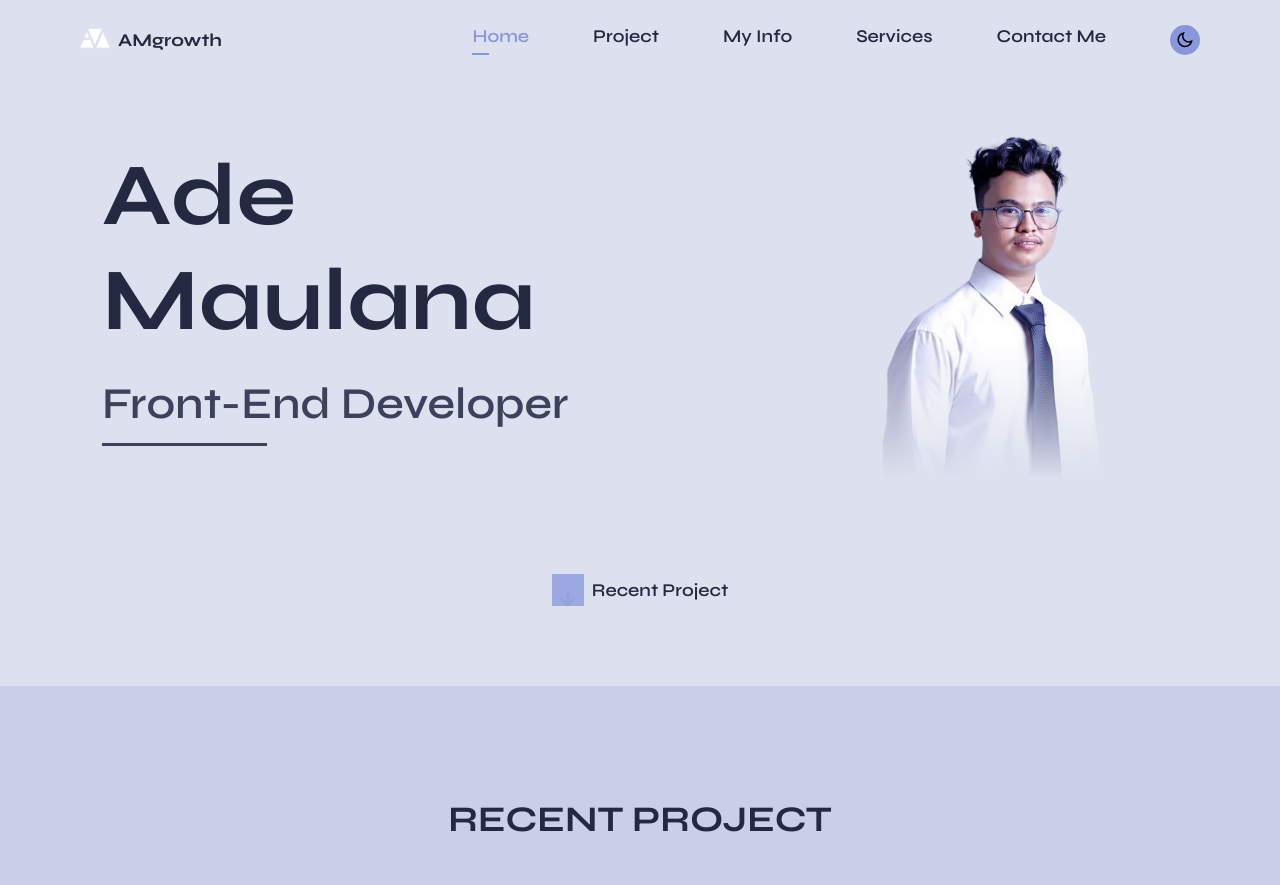
Repository: Ademaulana100499/portofolio
Page: index.html
These files come from the project's save history. The page is drawn as it stood at one moment and after the next save; the edit follows.
The browser window is 1280 px wide. The pictures show the part of the page from y = 0 to 885 px (the page is 6336 px tall).
Empty fields were first filled with sample values (such as "Sample", 5 or name@example.com).
After loading, the first visible `#theme-switch` was clicked once.
A picture or video elsewhere on the page could not be fetched, so the positions and the page height are approximate. Some web fonts or font styles are not loaded; a fallback is used.

Above is the page before, as saved 2024-12-02 14:53:06.

### index.html
<!DOCTYPE html>
<html lang="en">
  <head>
    <meta charset="UTF-8" />
    <meta name="viewport" content="width=device-width, initial-scale=1.0" />
    <title>AMgrowth</title>
    <link rel="shortcut icon" href="assets/img/Favicon.png" />
    <link
      href="https://cdn.jsdelivr.net/npm/remixicon/fonts/remixicon.css"
      rel="stylesheet"
    />
    <link rel="stylesheet" href="assets/css/style.css" />
    <script type="text/javascript" src="assets/js/lightmode.js" defer></script>
  </head>
  <body>
    <!-- HEADER -->
    <header class="header" id="header">
      <nav class="nav container">
        <a href="#" class="nav__logo">
          <img
            src="assets/img/Logo White.png"
            alt="logo"
            class="nav__logo-img"
          />AMgrowth</a
        >
        <div class="nav__menu" id="nav-menu">
          <ul class="nav__list">
            <li>
              <a href="#home" class="nav__link active-link">Home</a>
            </li>
            <li>
              <a href="#project" class="nav__link">Project</a>
            </li>
            <li>
              <a href="#info" class="nav__link">My Info</a>
            </li>
            <li>
              <a href="#services" class="nav__link">Services</a>
            </li>
            <li>
              <a href="#contact" class="nav__link">Contact Me</a>
            </li>
            <li>
              <button id="theme-switch">
                <i class="ri-sun-line"></i>
                <i class="ri-moon-line"></i>
              </button>
            </li>
          </ul>

          <!-- Close Button -->
          <div class="nav__close" id="nav-close">
            <i class="ri-close-line"></i>
          </div>
        </div>

        <!-- Toggle Button -->
        <div class="nav__toggle" id="nav-toggle">
          <i class="ri-menu-line"></i>
        </div>
      </nav>
    </header>

    <!-- MAIN -->
    <main class="main" id="main">
      <!-- HOME -->
      <section class="home section" id="home">
        <div class="home__container container grid">
          <img src="assets/img/Photo.png" alt="image" class="home__img" />
          <div class="home__data">
            <h1 class="home__name">
              Ade <br />
              Maulana
            </h1>
            <h3 class="home__profession">Front-End Developer</h3>
          </div>
          <a href="#project" class="home__scroll">
            <div class="home__scroll-box">
              <i class="ri-arrow-down-line"></i>
            </div>
            <span class="home__scroll-text">Recent Project</span>
          </a>
        </div>
      </section>
      <!-- PROJECT -->
      <section class="project section" id="project">
        <h2 class="section__title">RECENT PROJECT</h2>
        <div class="project__container container grid">
          <article class="project__card">
            <a href="#" target="_blank" class="project__overlay"></a
            ><a href="#" target="_blank" class="project__link">
              <h2 class="project__title">To-Do List Website</h2>
              <p class="project__description">
                This To-Do List web application features a simple interface and
                dynamic functionality to help users manage their daily tasks
                with ease.
              </p>
              <img
                src="assets/img/to-do-list-web.png"
                alt="image"
                class="project__img"
              />
              <i class="ri-arrow-right-line"> </i>
            </a>
          </article>
          <article class="project__card">
            <a href="#" target="_blank" class="project__overlay"></a
            ><a href="#" target="_blank" class="project__link">
              <h2 class="project__title">Cafe Website</h2>
              <p class="project__description">
                This Cafe website provides an interactive platform for users to
                explore the menu, place orders, and learn more about the cafe’s
                offerings and services.
              </p>
              <img
                src="assets/img/cafe web.jpg"
                alt="image"
                class="project__img"
              />
              <i class="ri-arrow-right-line"> </i>
            </a>
          </article>
          <article class="project__card">
            <a href="#" target="_blank" class="project__overlay"></a
            ><a href="#" target="_blank" class="project__link">
              <h2 class="project__title">Movie Website</h2>
              <p class="project__description">
                This Movie website allows users to browse and discover a variety
                of movies, view details, and explore ratings and reviews.
              </p>
              <img
                src="assets/img/movies web.png"
                alt="image"
                class="project__img"
              />
              <i class="ri-arrow-right-line"> </i>
            </a>
          </article>
          <article class="project__card">
            <a href="#" target="_blank" class="project__overlay"></a
            ><a href="#" target="_blank" class="project__link">
              <h2 class="project__title">Blog Website</h2>
              <p class="project__description">
                This Blog website offers a platform for users to read, share,
                and comment on various articles, fostering a community of
                discussion and knowledge sharing.
              </p>
              <img
                src="assets/img/blog web.jpg"
                alt="image"
                class="project__img"
              />
              <i class="ri-arrow-right-line"> </i>
            </a>
          </article>
          <article class="project__card">
            <a href="#" target="_blank" class="project__overlay"></a
            ><a href="#" target="_blank" class="project__link">
              <h2 class="project__title">Fitness Website</h2>
              <p class="project__description">
                This Fitness website provides users with workout plans,
                nutrition tips, and progress tracking to help them achieve their
                fitness goals.
              </p>
              <img
                src="assets/img/fittnes web.avif"
                alt="image"
                class="project__img"
              />
              <i class="ri-arrow-right-line"> </i>
            </a>
          </article>
        </div>
      </section>
      <!-- INFO -->
      <section class="info section" id="info">
        <h2 class="section__title">MY INFO</h2>
        <div class="info__container container grid">
          <!-- ABOUT -->
          <div class="about grid">
            <div class="about__content">
              <h3 class="info__title">About Me</h3>
              <p class="about__description">
                I am a <strong>Front-End Web Developer</strong> skilled in
                designing and building <strong>responsive</strong>, interactive
                web interfaces using <strong>HTML</strong>,
                <strong>CSS</strong>, and <strong>JavaScript</strong>. With
                experience in <strong>React.js</strong>, I focus on creating
                visually appealing and functional websites that enhance
                <strong>user experience</strong> across devices. I stay updated
                with the latest technologies to deliver creative and efficient
                solutions.
              </p>

              <a
                href="assets/pdf/CV Ade Maulana.pdf"
                download="CV Ade Maulana.pdf"
                target="_blank"
                class="button about__button"
                >Download CV</a
              >
            </div>

            <img src="assets/img/Photo2.png" alt="image" class="about__img" />
          </div>
          <!-- EXPERIENCE -->
          <div class="experience">
            <h3 class="info__title">Experience</h3>
            <div class="experience__content grid">
              <div class="experience__data grid">
                <h2 class="experience__company">
                  PT. Victory Chingluh Indonesia
                </h2>
                <div>
                  <h3 class="experience__professsion">Shipping Officer</h3>
                  <span class="experience__date">12/2018 - 07/2024</span>
                  <p class="experience__description">
                    Experienced in managing delivery orders with high accuracy
                    using Excel, monitoring stock through SAP, and improving
                    operational efficiency and delivery coordination, with
                    skills in logistics management, inventory, and effective
                    communication.
                  </p>
                </div>
              </div>
              <div class="experience__data grid">
                <h2 class="experience__company">
                  PT Midi Utama Indonesia, Tbk
                </h2>
                <div>
                  <h3 class="experience__professsion">Sales Assistant</h3>
                  <span class="experience__date">06/2018 - 12/2018</span>
                  <p class="experience__description">
                    Experienced in delivering excellent customer service,
                    providing clear product information, and staying updated on
                    new products and promotions to boost customer satisfaction
                    and engagement. Skilled in promoting products and exceeding
                    sales targets through proactive interactions and
                    recommendations, with a focus on teamwork and adaptability.
                  </p>
                </div>
              </div>
              <div class="experience__data grid">
                <h2 class="experience__company">CV Radjawali</h2>
                <div>
                  <h3 class="experience__professsion">Printing Operator</h3>
                  <span class="experience__date">07/2017 - 05/2018</span>
                  <p class="experience__description">
                    Experienced in accurately preparing print files, ensuring
                    consistent print quality, and reducing the need for
                    reprints. Skilled in maintaining printing machines to
                    enhance operational efficiency, minimize downtime, and boost
                    productivity.
                  </p>
                </div>
              </div>
            </div>
          </div>
          <!-- SKILLS -->
          <div class="skills">
            <h3 class="info__title">Skills</h3>
            <div class="skills__content grid">
              <div class="skills__box">
                <img
                  src="assets/img/html.svg"
                  alt="image"
                  class="skills__img"
                />
                <span class="skills__name">HTML</span>
              </div>
              <div class="skills__box">
                <img src="assets/img/css.svg" alt="image" class="skills__img" />
                <span class="skills__name">CSS</span>
              </div>
              <div class="skills__box">
                <img
                  src="assets/img/javascript.svg"
                  alt="image"
                  class="skills__img"
                />
                <span class="skills__name">JavaScript</span>
              </div>
              <div class="skills__box">
                <img
                  src="assets/img/react.svg"
                  alt="image"
                  class="skills__img"
                />
                <span class="skills__name">React</span>
              </div>
              <div class="skills__box">
                <img src="assets/img/git.svg" alt="image" class="skills__img" />
                <span class="skills__name">Git</span>
              </div>
              <div class="skills__box">
                <img
                  src="assets/img/github.svg"
                  alt="image"
                  class="skills__img"
                />
                <span class="skills__name">GitHub</span>
              </div>
              <div class="skills__box">
                <img
                  src="assets/img/tailwind.png"
                  alt="image"
                  class="skills__img"
                />
                <span class="skills__name">Tailwind</span>
              </div>
              <div class="skills__box">
                <img
                  src="assets/img/bootstrap.png"
                  alt="image"
                  class="skills__img"
                />
                <span class="skills__name">Boostrap</span>
              </div>
              <div class="skills__box">
                <img
                  src="assets/img/figma.svg"
                  alt="image"
                  class="skills__img"
                />
                <span class="skills__name">Figma</span>
              </div>
            </div>
          </div>
        </div>
      </section>
      <!-- SERVICES -->
      <section class="services section" id="services">
        <h2 class="section__title">SERVICES</h2>
        <div class="services__container container grid">
          <article class="services__card">
            <i class="ri-code-box-line services__icon"></i>
            <h3 class="services__title">Web Development</h3>
            <p class="services__description">
              Building functional, secure, and user-friendly websites with
              features tailored to user needs.
            </p>
          </article>
          <article class="services__card">
            <i class="ri-pencil-ruler-2-line services__icon"></i>
            <h3 class="services__title">Web Design</h3>
            <p class="services__description">
              Designing visually appealing and professional website layouts that
              reflect the brand identity and provide an engaging visual
              experience.
            </p>
          </article>
          <article class="services__card">
            <i class="ri-layout-2-line services__icon"></i>
            <h3 class="services__title">Responsive Web Design</h3>
            <p class="services__description">
              Creating responsive websites compatible across various devices,
              ensuring an optimal user experience on desktops, tablets, and
              smartphones.
            </p>
          </article>
        </div>
      </section>
      <!-- CONTACT -->
      <section class="contact section" id="contact">
        <h2 class="section__title">CONTACT ME</h2>
        <div class="contact__container container grid">
          <form action="" class="contact__form grid" id="contact-form">
            <div class="contact__group grid">
              <input
                type="text"
                name="user_name"
                placeholder="Names"
                class="contact__input"
              />
              <input
                type="email"
                name="user_email"
                placeholder="Email"
                class="contact__input"
              />
            </div>
            <textarea
              name="user_message"
              placeholder="Message"
              required
              class="contact__input contact__area"
              id=""
            ></textarea>
            <button class="button contact__button">Send Message</button>
            <p class="contact__message" id="contact-message"></p>
          </form>

          <div class="contact__social grid">
            <a
              href="https://www.linkedin.com/in/ademaulana-/"
              target="_blank"
              class="contact__social-link"
            >
              <i class="ri-linkedin-box-line"></i>
              <span>Linkedin</span>
            </a>
            <a
              href="https://www.instagram.com/ade_maulana._/"
              target="_blank"
              class="contact__social-link"
            >
              <i class="ri-instagram-line"></i>
              <span>Instagram</span>
            </a>
          </div>
        </div>
      </section>
    </main>

    <!-- FOOTER -->
    <footer class="footer" id="footer">
      <div class="footer__container container grid">
        <ul class="footer__links">
          <li>
            <a href="#home" class="footer__link">Home</a>
          </li>
          <li>
            <a href="#project" class="footer__link">Project</a>
          </li>
          <li>
            <a href="#info" class="footer__link">Info</a>
          </li>
        </ul>
        <span class="footer__copy">
          &#169; All rights reserved by Ade Maulana
        </span>
      </div>
    </footer>
    <!-- SCROLL UP -->
    <a href="#" class="scrollup" id="scroll-up">
      <i class="ri-arrow-up-line"></i>
    </a>
    <!-- SCROLLREVEAL -->
    <script src="assets/js/scrollreveal.min.js"></script>
    <!-- EMAIL JS -->
    <script src="https://cdn.jsdelivr.net/npm/@emailjs/browser@4/dist/email.min.js"></script>

    <!-- MAIN JS -->
    <script src="assets/js/main.js"></script>
  </body>
</html>

### assets/js/lightmode.js
// dark light theme
let lightmode = localStorage.getItem("light-mode");
const themeSwitch = document.getElementById("theme-switch");

const enableLightMode = () => {
  document.body.classList.add("light-mode");
  localStorage.setItem("light-mode", "active");
};

const disableLightMode = () => {
  document.body.classList.remove("light-mode");
  localStorage.setItem("light-mode", null);
};

if (lightmode === "active") enableLightMode();

themeSwitch.addEventListener("click", () => {
  lightmode = localStorage.getItem("ligh-tmode");
  lightmode !== "active" ? enableLightMode() : enableDarkMode();
});

Loaded but not shown: assets/js/scrollreveal.min.js (library); assets/js/main.js (107 lines, source omitted); assets/css/style.css (841 lines, source omitted)

After the next save:
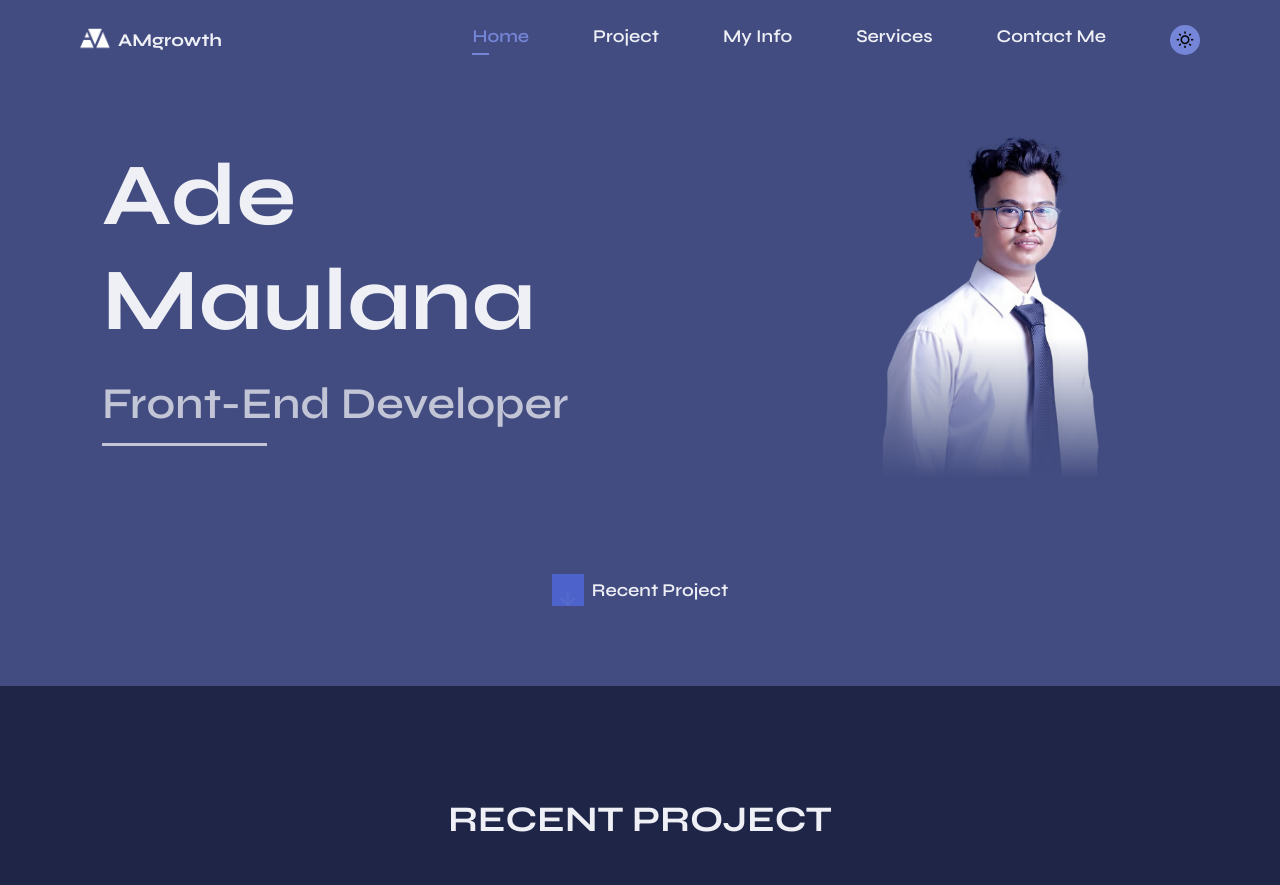
Saved 19 s later.
--- a/assets/js/lightmode.js
+++ b/assets/js/lightmode.js
@@ -1,20 +1,20 @@
 // dark light theme
-let lightmode = localStorage.getItem("light-mode");
+let lightmode = localStorage.getItem("lightmode");
 const themeSwitch = document.getElementById("theme-switch");
 
 const enableLightMode = () => {
-  document.body.classList.add("light-mode");
-  localStorage.setItem("light-mode", "active");
+  document.body.classList.add("lightmode");
+  localStorage.setItem("lightmode", "active");
 };
 
 const disableLightMode = () => {
-  document.body.classList.remove("light-mode");
-  localStorage.setItem("light-mode", null);
+  document.body.classList.remove("lightmode");
+  localStorage.setItem("lightmode", null);
 };
 
 if (lightmode === "active") enableLightMode();
 
 themeSwitch.addEventListener("click", () => {
-  lightmode = localStorage.getItem("ligh-tmode");
+  lightmode = localStorage.getItem("lightmode");
   lightmode !== "active" ? enableLightMode() : enableDarkMode();
 });
